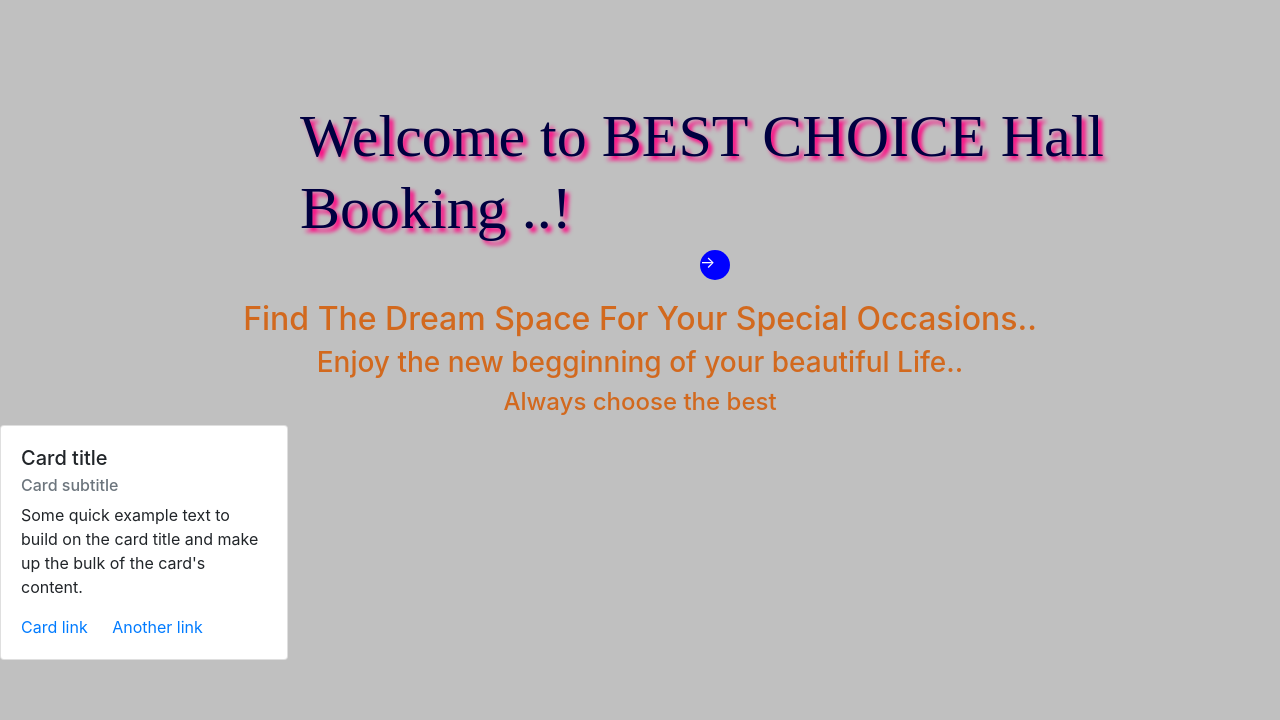
Repository: AthiraSivadasanP/MarriageHall
Page: http://localhost/welcome
The author's editor kept a copy of each file at every save. The page is drawn from the files as they stood at one save, then again after the next save.
The browser window is 1280 px wide. The pictures show the whole page.
The page is this project's Thymeleaf template; nobody is signed in. The template is opened directly, without the code that normally fills it, so the values that code supplies are empty.

Above is the page before, as saved 2024-05-04 07:15:20.

After the next save:
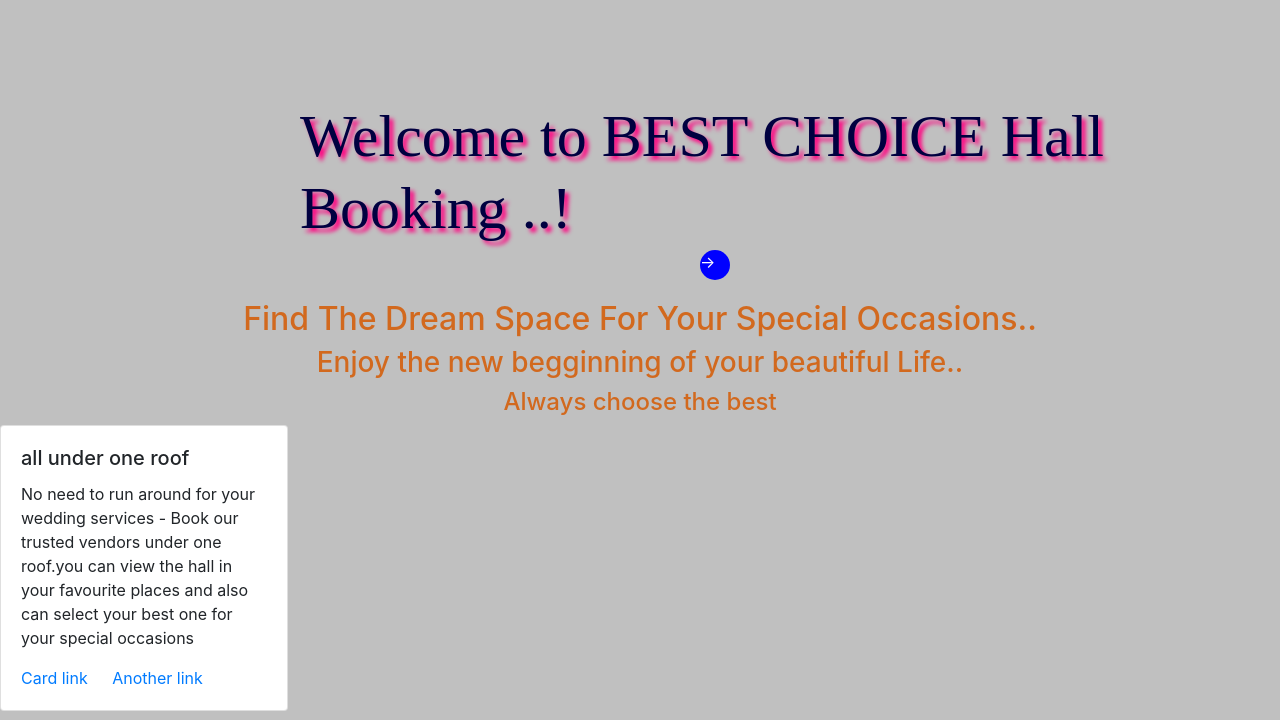
Saved 4 min 46 s later.
--- a/BestChoice/src/main/resources/templates/welcome.html
+++ b/BestChoice/src/main/resources/templates/welcome.html
@@ -22,9 +22,9 @@
 
 <div class="card" style="width: 18rem;">
   <div class="card-body">
-    <h5 class="card-title">Card title</h5>
-    <h6 class="card-subtitle mb-2 text-muted">Card subtitle</h6>
-    <p class="card-text">Some quick example text to build on the card title and make up the bulk of the card's content.</p>
+    <h5 class="card-title">all under one roof</h5>
+
+    <p class="card-text">No need to run around for your wedding services - Book our trusted vendors under one roof.you can view the hall in your favourite places and also can select your best one for your special occasions</p>
     <a href="#" class="card-link">Card link</a>
     <a href="#" class="card-link">Another link</a>
   </div>
